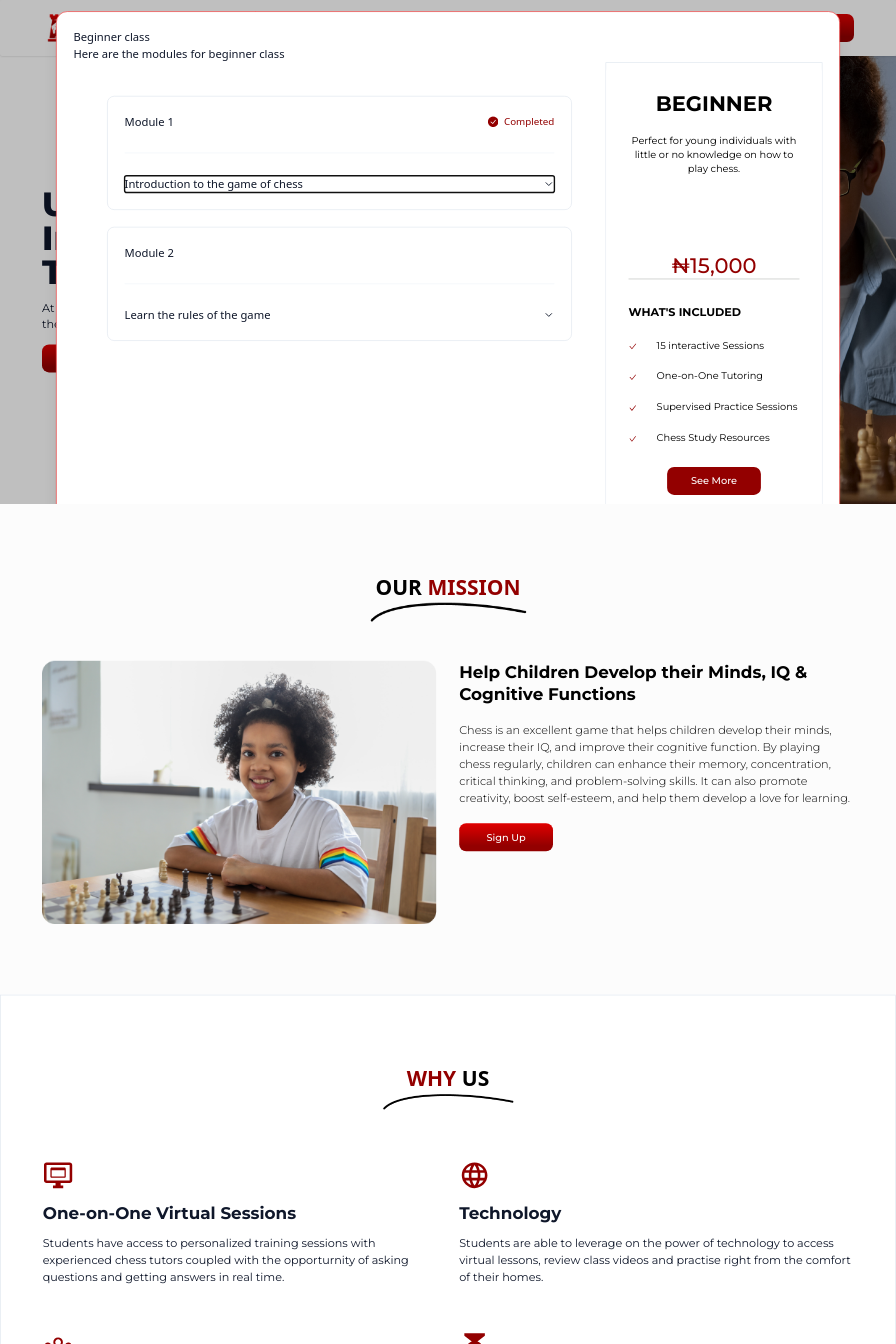
Repository: CelestinaUwajeh/chess-champ-fe
Page: /, after clicking the first element matching `button.w-\[134px\]`
The author's editor kept a copy of each file at every save. The page is drawn from the files as they stood at one save, then again after the next save.
The browser window is 1280 px wide. The pictures show the part of the page from y = 0 to 1920 px (the page is 4303 px tall), at 70% of full size.
An inner scrolling area shows only its first screen. The project was rebuilt for these pictures with package versions that can differ from the ones it lists, and the page was loaded fresh each time. The framework's server and built-in components were replaced by stand-ins that run in the browser. Also part of the build but not shown: next.config.js, app/(dashboard)/parent/child/[id]/progress/highlight.tsx, app/(dashboard)/parent/child/[id]/progress/attendance.tsx, components/ui/progress.tsx, app/(dashboard)/parent/child/[id]/progress/percentage.tsx, app/(dashboard)/parent/child/[id]/progress/points.tsx, app/(dashboard)/parent/child/[id]/progress/page.tsx.

Above is the page before, as saved 2023-08-09 22:16:13.

After the next save:
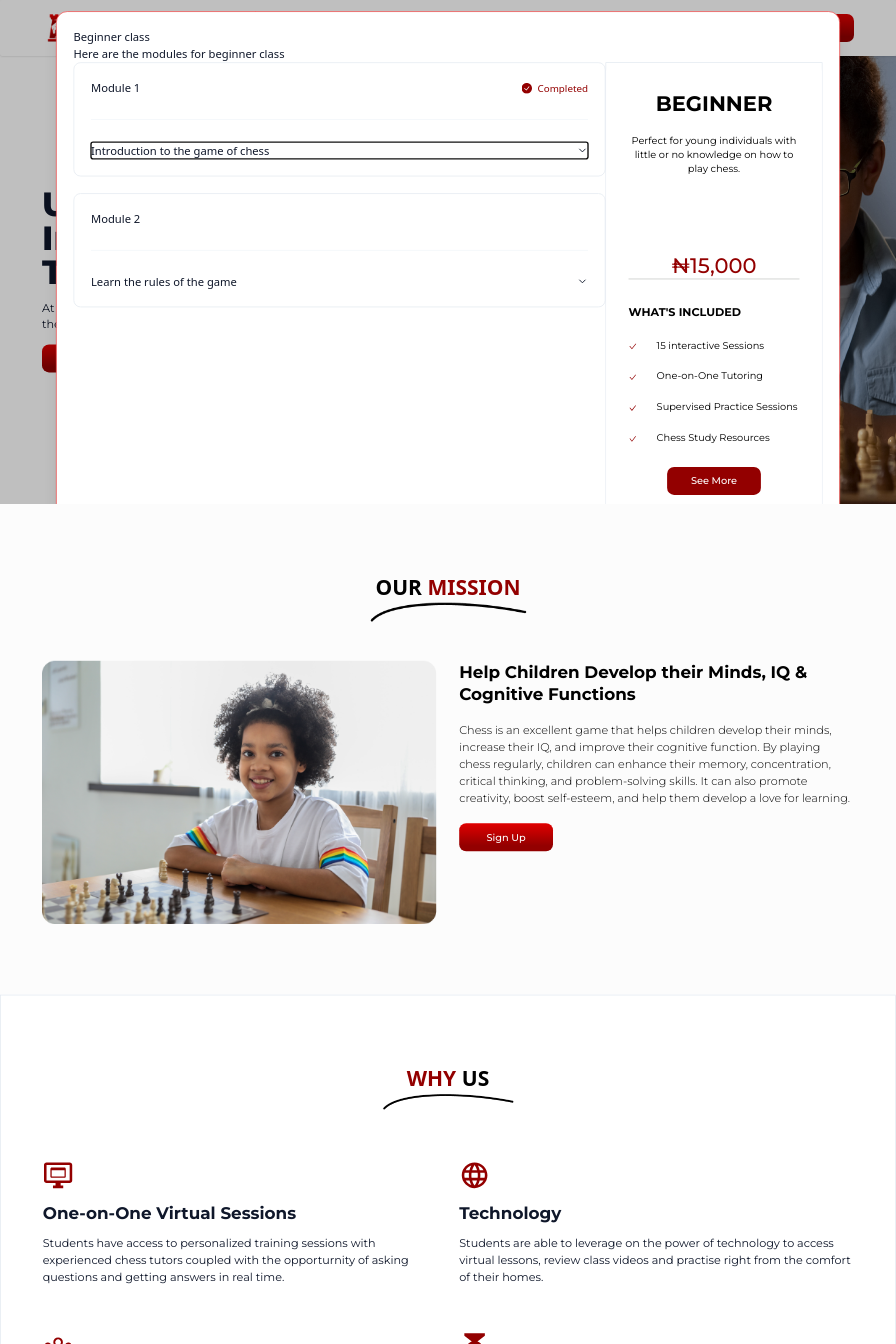
Saved 19 s later.
--- a/components/pricing-card/modal-content.tsx
+++ b/components/pricing-card/modal-content.tsx
@@ -14,7 +14,7 @@ const ModalContent = ({ data }: PropType) => {
       <p>Here are the modules for beginner class</p>
       <div className="flex">
         <div className="flex-1">
-          <Module modules={modules} />
+          <Module modules={modules} isModal />
         </div>
         <div className="w-[310px] border">
           <PricingCard isModal data={data} />
